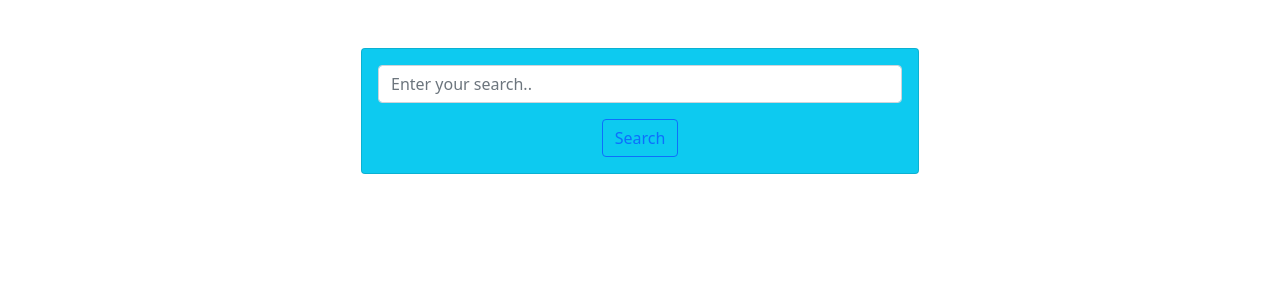
Repository: Hits-95/Spring
Page: http://localhost/SpringMVC_Search/home
These files come from the project's save history. The page is drawn as it stood at one moment and after the next save; the edit follows.
The browser window is 1280 px wide. The pictures show the whole page.
The page is served by Tomcat 9. Other server files are loaded and not shown.

Above is the page before, as saved 2021-04-10 07:07:18.

### SpringMVC_Search/src/main/webapp/WEB-INF/spring-servlet.xml
<?xml version="1.0" encoding="UTF-8"?>
<beans xmlns="http://www.springframework.org/schema/beans"
	xmlns:xsi="http://www.w3.org/2001/XMLSchema-instance" xmlns:context="http://www.springframework.org/schema/context"
	xmlns:p="http://www.springframework.org/schema/p" xmlns:tx="http://www.springframework.org/schema/tx"
	xsi:schemaLocation="http://www.springframework.org/schema/beans
 	http://www.springframework.org/schema/beans/spring-beans.xsd
 	http://www.springframework.org/schema/context
 	http://www.springframework.org/schema/context/spring-context.xsd
 	http://www.springframework.org/schema/tx
 	http://www.springframework.org/schema/tx/spring-tx.xsd
 	">


	<!-- enable annotation -->
	<context:component-scan base-package="SpringMVC_Search"></context:component-scan>
	<!-- this is our bean -->

	<bean
		class="org.springframework.web.servlet.view.InternalResourceViewResolver"
		name="viewResolver">

		<property name="prefix" value="/WEB-INF/views/" />
		<property name="suffix" value=".jsp" />
	</bean>



</beans>

### SpringMVC_Search/src/main/webapp/WEB-INF/views/home.jsp
<%@ page language="java" contentType="text/html; charset=ISO-8859-1"
	pageEncoding="ISO-8859-1"%>
<%@include file="link.jsp"%>
<!DOCTYPE html PUBLIC "-//W3C//DTD HTML 4.01 Transitional//EN" "http://www.w3.org/TR/html4/loose.dtd">
<html>
<head>
<meta http-equiv="Content-Type" content="text/html; charset=ISO-8859-1">
<title>Home</title>
</head>
<body>
	<div class="container mt-5">
		<div class="card mx-auto mt-5 bg-info" style="width: 50%;">
			<!-- <img src="..." class="card-img-top" alt="..."> -->
			<div class="card-body">
				<form action="">
					<div class="mb-3">
						<input type="text" class="form-control" id="querybox"
							name="querybox" placeholder="Enter your search..">
					</div>
					<div class="container text-center">
						<button type="button" class="btn btn-outline-primary">Search</button>
					</div>
				</form>
			</div>
		</div>
	</div>

</body>
</html>

### SpringMVC_Search/src/main/webapp/WEB-INF/views/link.jsp
<!doctype html>
<html lang="en">
  <head>
    <!-- Required meta tags -->
    <meta charset="utf-8">
    <meta name="viewport" content="width=device-width, initial-scale=1">

    <!-- Bootstrap CSS -->
    <link href="https://cdn.jsdelivr.net/npm/bootstrap@5.0.0-beta3/dist/css/bootstrap.min.css" rel="stylesheet" integrity="sha384-eOJMYsd53ii+scO/bJGFsiCZc+5NDVN2yr8+0RDqr0Ql0h+rP48ckxlpbzKgwra6" crossorigin="anonymous">


  </head>
  <body>


    <!-- Optional JavaScript; choose one of the two! -->

    <!-- Option 1: Bootstrap Bundle with Popper -->
    <script src="https://cdn.jsdelivr.net/npm/bootstrap@5.0.0-beta3/dist/js/bootstrap.bundle.min.js" integrity="sha384-JEW9xMcG8R+pH31jmWH6WWP0WintQrMb4s7ZOdauHnUtxwoG2vI5DkLtS3qm9Ekf" crossorigin="anonymous"></script>

    <!-- Option 2: Separate Popper and Bootstrap JS -->
    <!--
    <script src="https://cdn.jsdelivr.net/npm/@popperjs/core@2.9.1/dist/umd/popper.min.js" integrity="sha384-SR1sx49pcuLnqZUnnPwx6FCym0wLsk5JZuNx2bPPENzswTNFaQU1RDvt3wT4gWFG" crossorigin="anonymous"></script>
    <script src="https://cdn.jsdelivr.net/npm/bootstrap@5.0.0-beta3/dist/js/bootstrap.min.js" integrity="sha384-j0CNLUeiqtyaRmlzUHCPZ+Gy5fQu0dQ6eZ/xAww941Ai1SxSY+0EQqNXNE6DZiVc" crossorigin="anonymous"></script>
    -->
  </body>
</html>

### SpringMVC_Search/src/main/java/SpringMVC_Search/SearchController.java
package SpringMVC_Search;

import org.springframework.stereotype.Controller;
import org.springframework.web.bind.annotation.RequestMapping;

@Controller
public class SearchController {

	@RequestMapping("/home")
	public String home(){

		System.out.println("home was called...");
		return"home";
	}
}

After the next save:
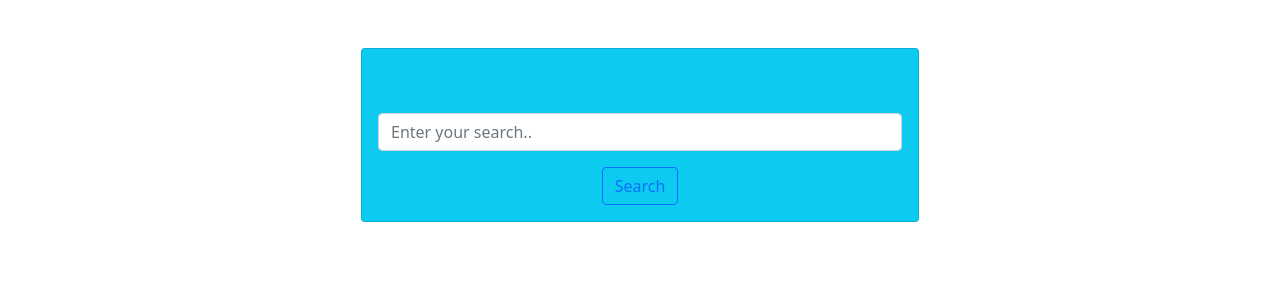
Saved 26 s later.
--- a/SpringMVC_Search/src/main/webapp/WEB-INF/views/home.jsp
+++ b/SpringMVC_Search/src/main/webapp/WEB-INF/views/home.jsp
@@ -8,11 +8,11 @@
 <title>Home</title>
 </head>
 <body>
-	<div class="container mt-5">
+	<div class="container">
 		<div class="card mx-auto mt-5 bg-info" style="width: 50%;">
 			<!-- <img src="..." class="card-img-top" alt="..."> -->
 			<div class="card-body">
-				<form action="">
+				<form class = "mt-5" action="">
 					<div class="mb-3">
 						<input type="text" class="form-control" id="querybox"
 							name="querybox" placeholder="Enter your search..">
